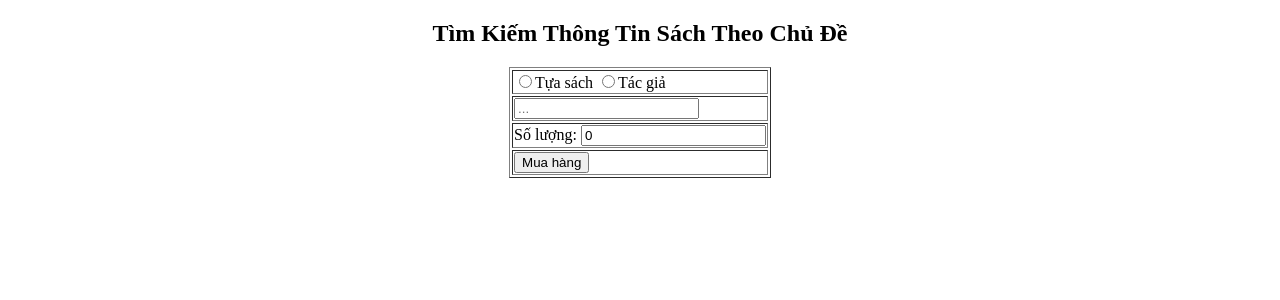
Repository: trangtruc/Java_NangCao
Page: http://localhost/EBookShop/myeshop.jsp
An editor plug-in stored every save of this project. The page is shown before and after the next save, followed by the edit.
The browser window is 1280 px wide. The pictures show the whole page.
The page is served by Tomcat 9.

Above is the page before, as saved 2017-03-15 03:45:36.

After the next save:
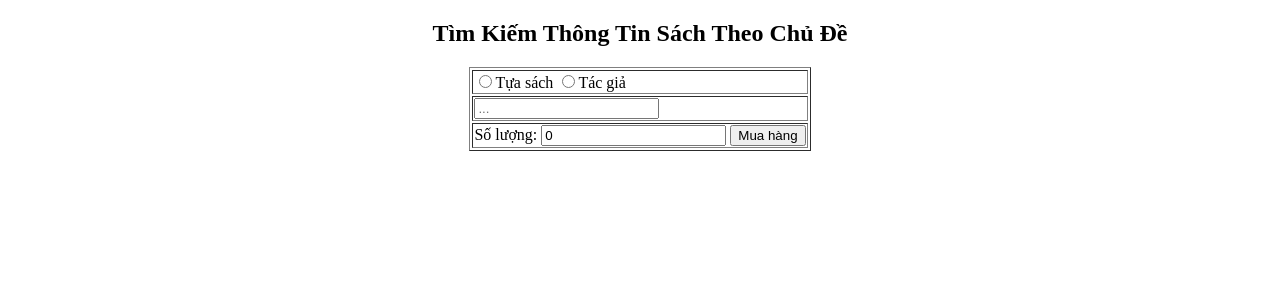
Saved 7 min 21 s later.
--- a/Buoi4/EBookShop/WebContent/myeshop.jsp
+++ b/Buoi4/EBookShop/WebContent/myeshop.jsp
@@ -32,10 +32,7 @@
 		<tr>
 			<td>
 				Số lượng: <input name="soluong" value="0" id="sl"/>
-			</td>
-		</tr>
-		<tr>
-			<td>
+
 			    <input type="hidden" name="action" value="muahang"/>
                 <input type="submit" value="Mua hàng" onclick="return kt()"/>
 			</td>
